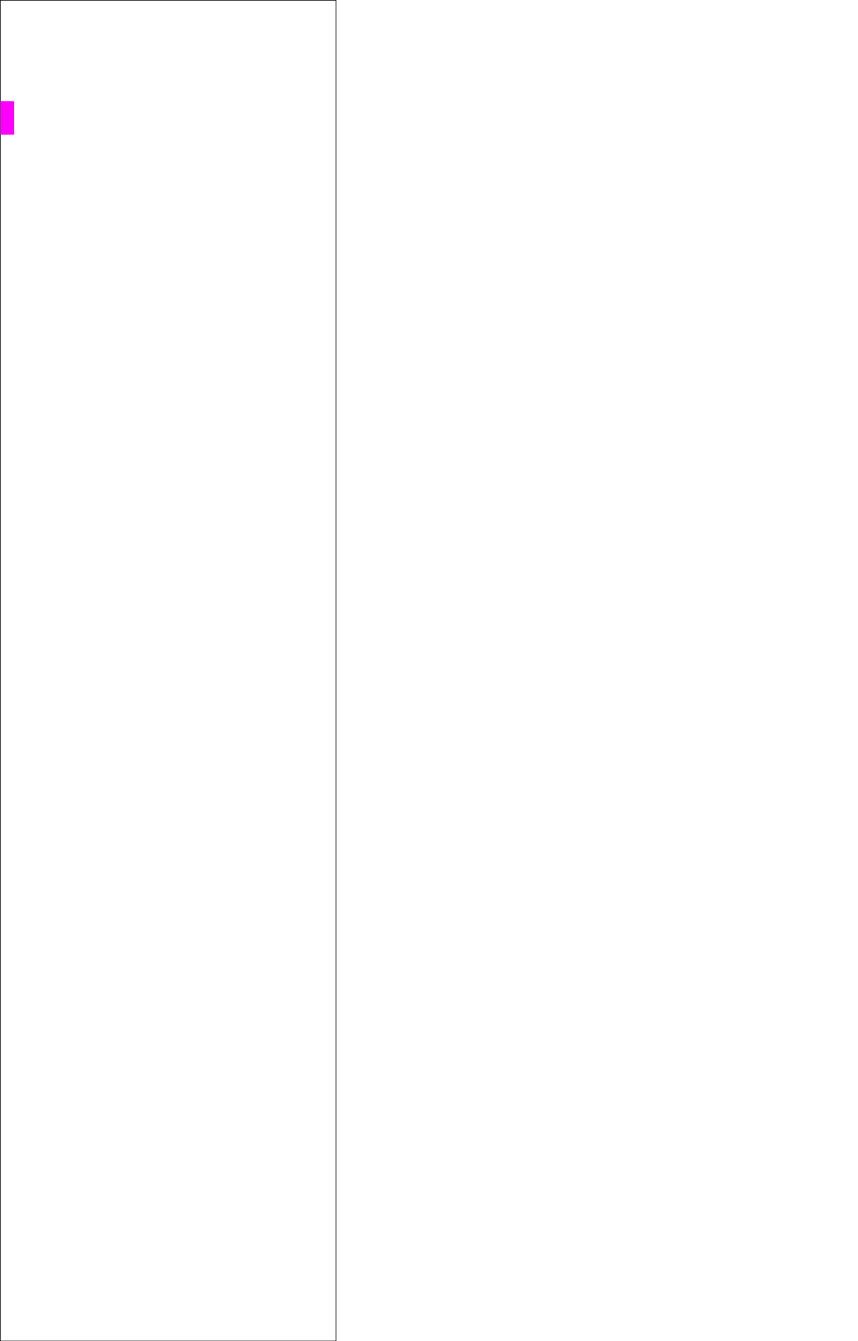
Repository: thecptwaffles/bad-game
Page: index.html
These files come from the project's save history. The page is drawn as it stood at one moment and after the next save; the edit follows.
The browser window is 1280 px wide. The pictures show the whole page, at 67% of full size.

Above is the page before, as saved 2022-02-05 07:20:03.

After the next save:
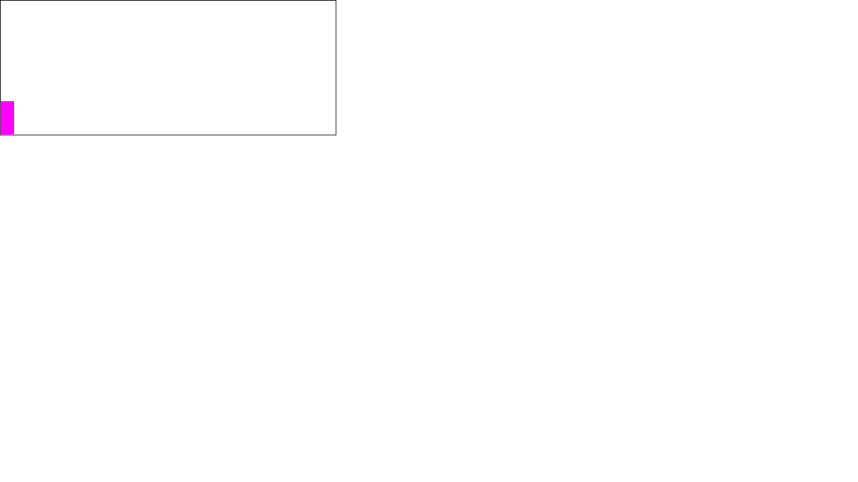
Saved 11 s later.
--- a/style.css
+++ b/style.css
@@ -5,7 +5,7 @@
 
 #game {
     width: 500px;
-    height: 2000px;
+    height: 200px;
     border: 1px solid black;
 }
 
